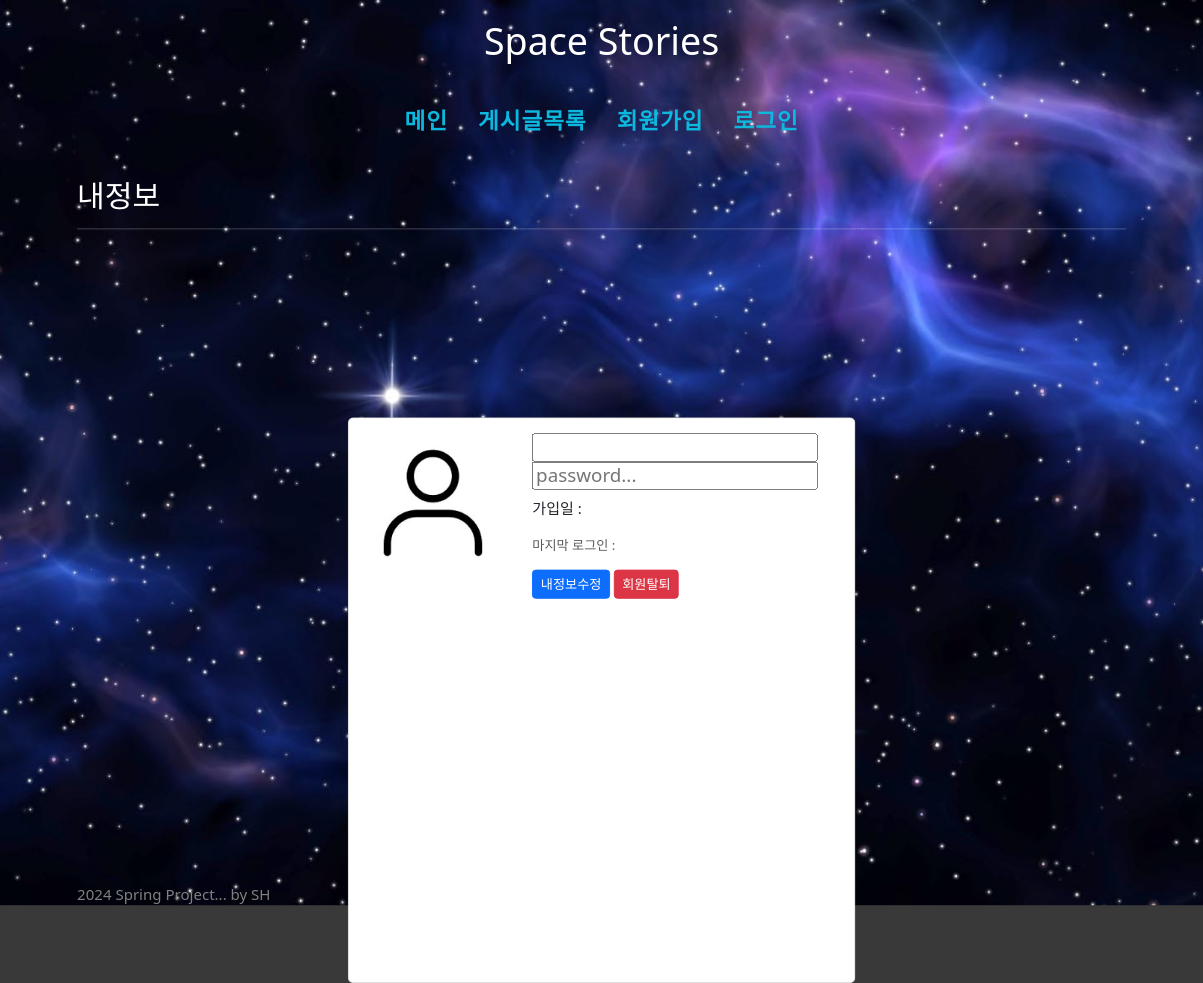
Repository: dtkd19/spring_personal_project
Page: http://localhost/myproject/WEB-INF/views/user/mypage.jsp
The author's editor kept a copy of each file at every save. The page is drawn from the files as they stood at one save, then again after the next save.
The browser window is 1280 px wide. The pictures show the whole page, at 94% of full size.
The page is served by Tomcat 9. Nobody is signed in. The template is opened directly, without the code that normally fills it, so the values that code supplies are empty.

Above is the page before, as saved 2024-11-11 00:49:55.

After the next save:
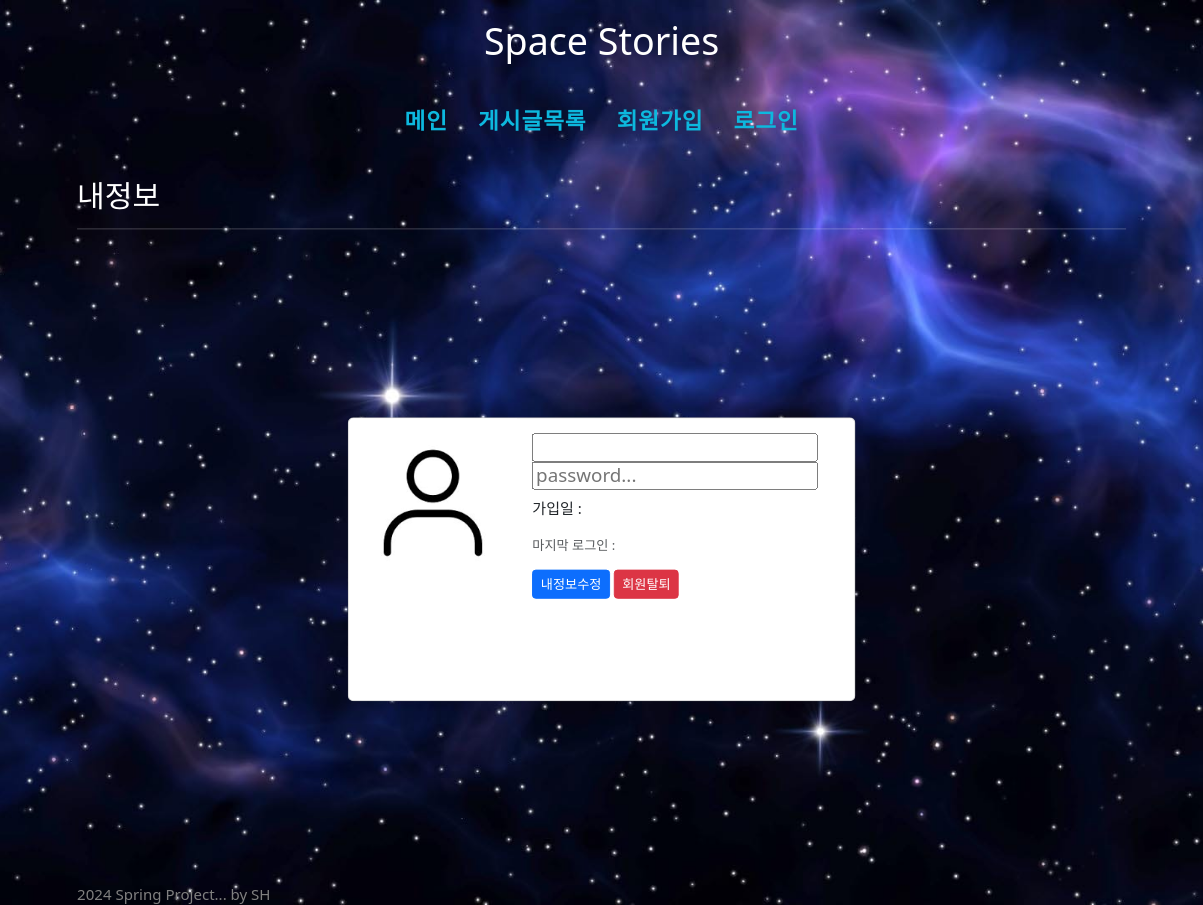
Saved 6 s later.
--- a/myproject/src/main/webapp/resources/css/mypage.css
+++ b/myproject/src/main/webapp/resources/css/mypage.css
@@ -12,5 +12,5 @@
 
 
 .row{
-	height: 600px;
+	height: 300px;
 }
